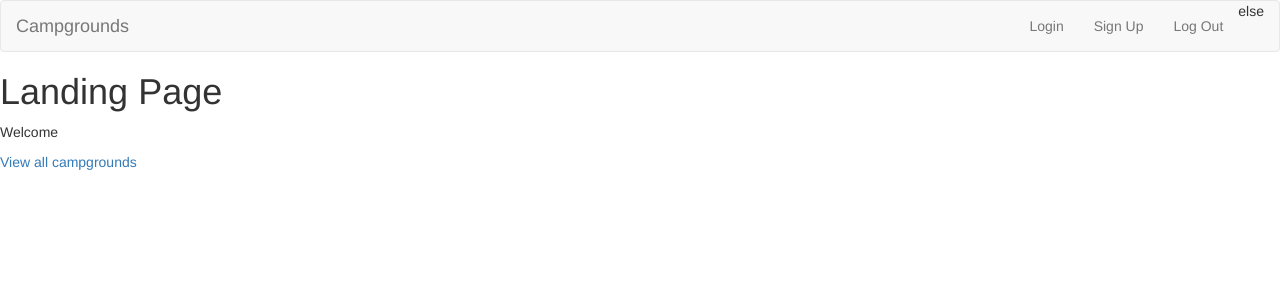
Repository: pichu0528/Web-Development
Page: http://localhost/
The author's editor kept a record of every edit. The page is drawn from the files as they stood at one moment, then again after the next edit.
The browser window is 1280 px wide. The pictures show the whole page.
The page is served by the project's Node server (YelpCamp/v6/app.js). Other server files are loaded and not shown.

Above is the page before.
Console error (its wording comes from the project's code and is left out).

### YelpCamp/v6/views/landing.ejs
<%include partials/header %>

<h1>Landing Page</h1>

<p>Welcome</p>

<a href="/campgrounds">View all campgrounds</a>

<%include partials/footer %>

### YelpCamp/v6/views/partials/header.ejs
<!DOCTYPE html>
<html>
    <head>
        <title>YelpCamp</title>
        <script src="//maxcdn.bootstrapcdn.com/bootstrap/3.3.5/js/bootstrap.min.js"></script>
        <link rel="stylesheet" href="//maxcdn.bootstrapcdn.com/bootstrap/3.3.5/css/bootstrap.min.css">
        <link rel="stylesheet" href="/stylesheets/main.css">
    </head>
    <body>
        <nav class="navbar navbar-default">
            <div class="container-fluid">
                <div class="navbar-header">
                    <a class="navbar-brand" href="/">Campgrounds</a>
                </div>
                <div class="collapse navbar-collapse">
                    <ul class="nav navbar-nav navbar-right">
                        <!--if no user-->
                            <li><a href="/login">Login</a></li>
                            <li><a href="/register">Sign Up</a></li>
                        else
                        <li><a href="/logout">Log Out</a></li>
                    </ul>
                </div>
            </div>
        </nav>

### YelpCamp/v6/app.js
var express       = require("express"),
    app           = express(),
    bodyparser    = require("body-parser"),
    mongoose      = require("mongoose"),
    passport      = require("passport"),
    LocalStrategy = require("passport-local"),
    Campground    = require("./models/campground.js"),
    Comment       = require("./models/comment"),
    User          = require("./models/user"),
    seedDB        = require("./seeds");

/*Connecting to Mongo Database*/
mongoose.connect("mongodb://localhost:27017/yelp_camp",{ useNewUrlParser: true });



// var campgrounds = [
//     {name: "Mountain", image:"https://upload.wikimedia.org/wikipedia/commons/thumb/6/6e/Monasterio_Khor_Virap%2C_Armenia%2C_2016-10-01%2C_DD_25.jpg/1200px-Monasterio_Khor_Virap%2C_Armenia%2C_2016-10-01%2C_DD_25.jpg"},
//     {name: "Ocean", image:"https://kids.nationalgeographic.com/content/dam/kids/photos/articles/Nature/H-P/Habitats/Ocean/wave.ngsversion.1500050062134.adapt.1900.1.jpg"},
//     {name: "Jungle", image:"https://www.geckosadventures.com/sites/geckos/files/styles/low-quality/public/elements/product/hero/ecuador-amazon-jungle-river.jpg"},{name: "Mountain", image:"https://upload.wikimedia.org/wikipedia/commons/thumb/6/6e/Monasterio_Khor_Virap%2C_Armenia%2C_2016-10-01%2C_DD_25.jpg/1200px-Monasterio_Khor_Virap%2C_Armenia%2C_2016-10-01%2C_DD_25.jpg"},
//     {name: "Ocean", image:"https://kids.nationalgeographic.com/content/dam/kids/photos/articles/Nature/H-P/Habitats/Ocean/wave.ngsversion.1500050062134.adapt.1900.1.jpg"},
//     {name: "Jungle", image:"https://www.geckosadventures.com/sites/geckos/files/styles/low-quality/public/elements/product/hero/ecuador-amazon-jungle-river.jpg"},{name: "Mountain", image:"https://upload.wikimedia.org/wikipedia/commons/thumb/6/6e/Monasterio_Khor_Virap%2C_Armenia%2C_2016-10-01%2C_DD_25.jpg/1200px-Monasterio_Khor_Virap%2C_Armenia%2C_2016-10-01%2C_DD_25.jpg"},
//     {name: "Ocean", image:"https://kids.nationalgeographic.com/content/dam/kids/photos/articles/Nature/H-P/Habitats/Ocean/wave.ngsversion.1500050062134.adapt.1900.1.jpg"},
//     {name: "Jungle", image:"https://www.geckosadventures.com/sites/geckos/files/styles/low-quality/public/elements/product/hero/ecuador-amazon-jungle-river.jpg"}
// ];

app.use(bodyparser.urlencoded({extended:true}));
app.set("view engine", "ejs");
app.use(express.static(__dirname + "/public")); // linking CSS stylesheet
//seedDB();

// Passport Configuration
app.use(require("express-session")({
    secret: "This can be anything that we want",
    resave: false,
    saveUninitialized: false
}));
app.use(passport.initialize());
app.use(passport.session());
passport.use(new LocalStrategy(User.authenticate()));
passport.serializeUser(User.serializeUser());
passport.deserializeUser(User.deserializeUser());

// Middleware - Passing {currentUser: req.user} into every route
app.use(function(req,res,next){
    res.locals.currentUser = req.user;
    next();
});

app.get("/", function(req,res){
   res.render("landing");
});

//INDEX - show all campgrounds
app.get("/campgrounds", function(req, res){
    // Get all campgrounds from DB
    Campground.find({},function(err,allCampgrounds){
        if(err){
            console.log(err);
        }
        else{
            res.render("campgrounds/index",{campgrounds:allCampgrounds});
        }
    })
    // res.render("campgrounds",{campgrounds:campgrounds});
});

// CREATE - add campground to DB
app.post("/campgrounds", function(req,res){
   // get data from form and add to campgrounds array
   var name= req.body.name;
   var image=req.body.image;
   var desc = req.body.description;
   var newCampground = {name: name, image: image, description: desc};
   // Create a new campground and save to DB
   Campground.create(newCampground, function(err,newlyCreated){
       if(err){
           console.log(err);
       }
       else{
           res.redirect("/campgrounds");
       }
   });
   // campgrounds.push(newCampground);
   // redirect back to campgrounds page
   // res.redirect("/campgrounds");
});

// NEW - show form to create new campground
app.get("/campgrounds/new", function(req,res){
   res.render("campgrounds/new");
});

// SHOW - shows more info about one campground
app.get("/campgrounds/:id", function(req,res){
    // find the campground with provided ID
    Campground.findById(req.params.id).populate("comments").exec( function(err,foundCampground){
        if(err){
            console.log(err);
        }
        else{
            console.log(foundCampground);
            // render show template with that campground
            res.render("campgrounds/show", {campground: foundCampground});
        }
    });
});

// ===============================
// Comment Routes
// ===============================

app.get("/campgrounds/:id/comments/new", isLoggedIn, function(req,res){
    // Find campground by id
    Campground.findById(req.params.id, function(err,campground){
        if(err){
            console.log(err);
        }else{
            res.render("comments/new",{campground:campground});
        }
    });

});

app.post("/campgrounds/:id/comments", isLoggedIn, function(req,res){
    // Lookup campground using ID
    Campground.findById(req.params.id, function(err, campground){
        if(err){
            console.log(err);
            res.redirect("/campgrounds");
        }else{
            // Create new comment
            Comment.create(req.body.comment, function(err,comment){
                if(err){
                    console.log(err);
                }else{
                    // Connect new comment to campground
                    campground.comments.push(comment);
                    campground.save();
                    // Redirect to campground showpage
                    res.redirect("/campgrounds/" + campground._id);
                }
            });
        }
    });
});

// ===============================
// Auth Routes
// ===============================

// Show Register Form
app.get("/register", function(req,res){
    res.render("register");
});
// Handle Signup Logic
app.post("/register", function(req,res){
    var newUser = new User({username: req.body.username});
    User.register(newUser, req.body.password, function(err,user){
        if(err){
            console.log(err);
            return res.render("register");
        }
        passport.authenticate("local")(req,res,function(){
            res.redirect("/campgrounds");
        });
    });
});

// Show Login Form
app.get("/login", function(req,res){
    res.render("login");
});
// Handle Login Logic
app.post("/login", passport.authenticate("local", {
    successRedirect: "/campgrounds",
    failureRedirect: "/login"
}), function(req,res){

});

// Logout Logic
app.get("/logout", function(req,res){
    req.logout();
    res.redirect("/campgrounds");
});

function isLoggedIn(req, res, next){
    if(req.isAuthenticated()){
        return next();
    }
    res.redirect("/login");
}

app.listen(process.env.PORT, process.env.IP, function(){
   console.log("YelpCamp Started");
});

### YelpCamp/v6/public/stylesheets/main.css
.thumbnail{
    padding:0;
}
.thumbnail img{
    width:100%;
}
.thumbnail .caption-full{
    padding:9px;
}

Loaded but not shown: YelpCamp/v6/views/partials/footer.ejs (common file)

After the next edit:
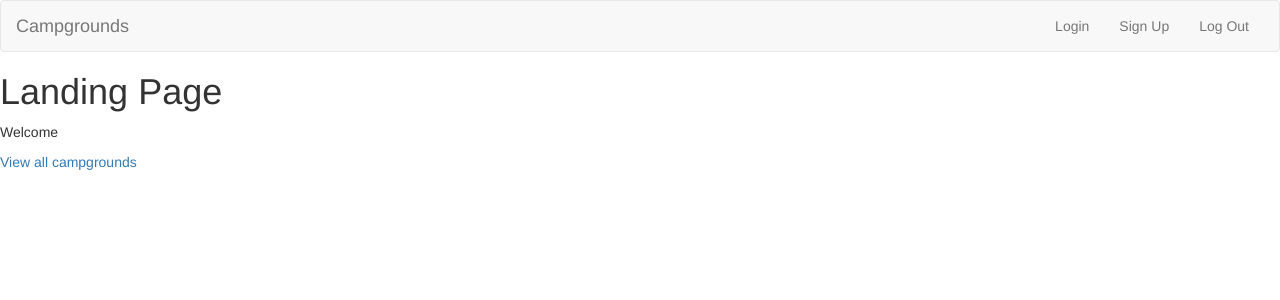
The edit:
--- a/YelpCamp/v6/views/partials/header.ejs
+++ b/YelpCamp/v6/views/partials/header.ejs
@@ -17,8 +17,8 @@
                         <!--if no user-->
                             <li><a href="/login">Login</a></li>
                             <li><a href="/register">Sign Up</a></li>
-                        else
-                        <li><a href="/logout">Log Out</a></li>
+                        <!--else-->
+                            <li><a href="/logout">Log Out</a></li>
                     </ul>
                 </div>
             </div>
